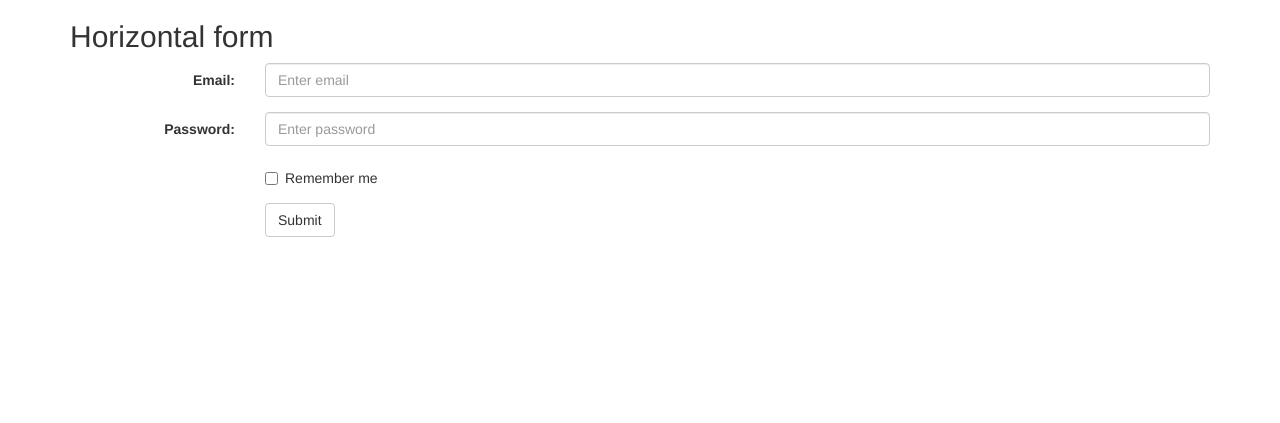
Repository: jeje0130/html
Page: member/WebContent/member/member.html
An editor plug-in stored every save of this project. The page is shown before and after the next save, followed by the edit.
The browser window is 1280 px wide. The pictures show the whole page.

Above is the page before, as saved 2021-02-08 03:02:49.

### member/WebContent/member/member.html
<!DOCTYPE html>
<html lang="kr">
<head>
  <title>Bootstrap Example</title>
  <meta charset="utf-8">
  <meta name="viewport" content="width=device-width, initial-scale=1">
  <link rel="stylesheet" href="https://maxcdn.bootstrapcdn.com/bootstrap/3.4.1/css/bootstrap.min.css">
  <script src="https://ajax.googleapis.com/ajax/libs/jquery/3.5.1/jquery.min.js"></script>
  <script src="https://maxcdn.bootstrapcdn.com/bootstrap/3.4.1/js/bootstrap.min.js"></script>
</head>
<body>

<div class="container">
  <h2>Horizontal form</h2>
  <form class="form-horizontal" action="/action_page.php">
    <div class="form-group">
      <label class="control-label col-sm-2" for="email">Email:</label>
      <div class="col-sm-10">
        <input type="email" class="form-control" id="email" placeholder="Enter email" name="email">
      </div>
    </div>
    <div class="form-group">
      <label class="control-label col-sm-2" for="pwd">Password:</label>
      <div class="col-sm-10">
        <input type="password" class="form-control" id="pwd" placeholder="Enter password" name="pwd">
      </div>
    </div>
    <div class="form-group">
      <div class="col-sm-offset-2 col-sm-10">
        <div class="checkbox">
          <label><input type="checkbox" name="remember"> Remember me</label>
        </div>
      </div>
    </div>
    <div class="form-group">
      <div class="col-sm-offset-2 col-sm-10">
        <button type="submit" class="btn btn-default">Submit</button>
      </div>
    </div>
  </form>
</div>

</body>
</html>

After the next save:
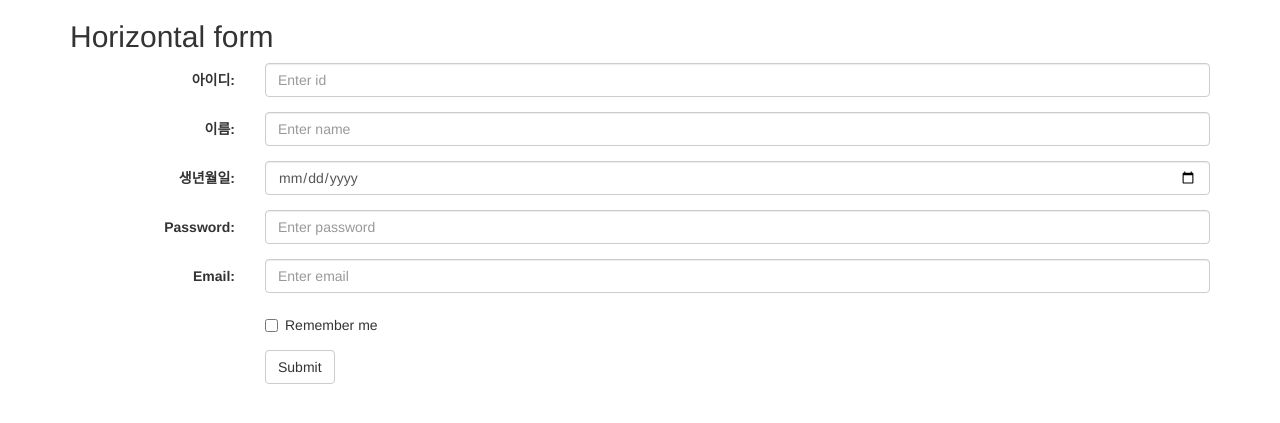
Saved 5 min 39 s later.
--- a/member/WebContent/member/member.html
+++ b/member/WebContent/member/member.html
@@ -12,19 +12,46 @@
 
 <div class="container">
   <h2>Horizontal form</h2>
-  <form class="form-horizontal" action="/action_page.php">
+  <form class="form-horizontal">
+
+  	<div class="form-group">
+      <label class="control-label col-sm-2" for="id">아이디:</label>
+      <div class="col-sm-10">
+        <input type="text" class="form-control" id="id" placeholder="Enter id" name="mem_id">
+        <!-- name="mem_id" 은  DB 컬럼명과 같아야된다 -->
+      </div>
+    </div>
+
+    <div class="form-group">
+      <label class="control-label col-sm-2" for="name">이름:</label>
+      <div class="col-sm-10">
+        <input type="text" class="form-control" id="name" placeholder="Enter name" name="mem_name">
+      </div>
+    </div>
+
+    <div class="form-group">
+      <label class="control-label col-sm-2" for="name">생년월일:</label>
+      <div class="col-sm-10">
+        <input type="date" class="form-control" id="bir" placeholder="Enter bir" name="mem_bir">
+      </div>
+    </div>
+
+    <div class="form-group">
+      <label class="control-label col-sm-2" for="pwd">Password:</label>
+      <div class="col-sm-10">
+        <input type="password" class="form-control" id="pwd" placeholder="Enter password" name="mem_pass">
+      </div>
+    </div>
+
     <div class="form-group">
       <label class="control-label col-sm-2" for="email">Email:</label>
       <div class="col-sm-10">
-        <input type="email" class="form-control" id="email" placeholder="Enter email" name="email">
+        <input type="email" class="form-control" id="email" placeholder="Enter email" name="mem_mail">
       </div>
     </div>
-    <div class="form-group">
-      <label class="control-label col-sm-2" for="pwd">Password:</label>
-      <div class="col-sm-10">
-        <input type="password" class="form-control" id="pwd" placeholder="Enter password" name="pwd">
-      </div>
-    </div>
+
+
+
     <div class="form-group">
       <div class="col-sm-offset-2 col-sm-10">
         <div class="checkbox">
@@ -32,6 +59,7 @@
         </div>
       </div>
     </div>
+
     <div class="form-group">
       <div class="col-sm-offset-2 col-sm-10">
         <button type="submit" class="btn btn-default">Submit</button>
